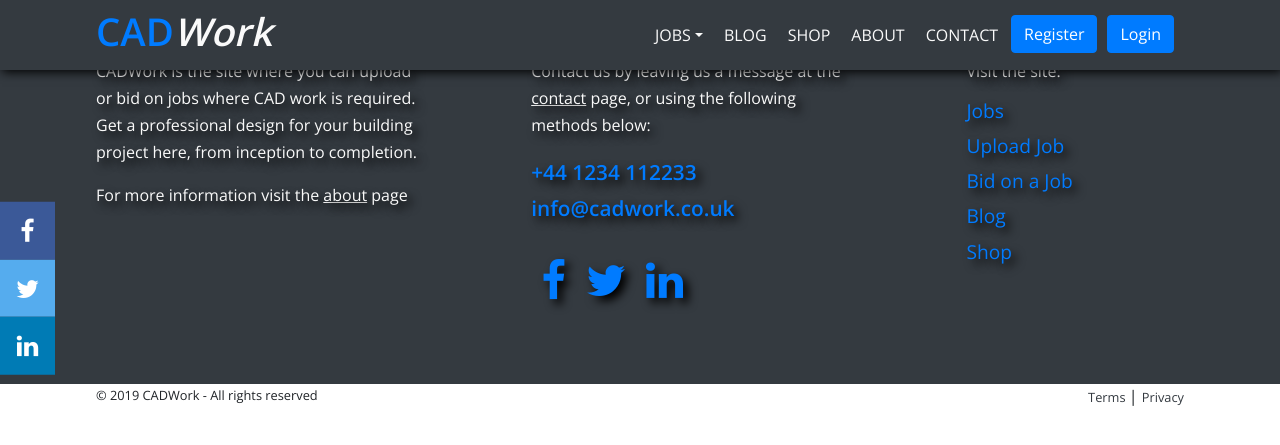
Repository: JShad30/cadwork
Page: templates/base.html
The author's editor kept a record of every edit. The page is drawn from the files as they stood at one moment, then again after the next edit.
The browser window is 1280 px wide. The pictures show the whole page.
The template is drawn by Django 2.2. The application's start-up code is not run. The template is opened directly, without the code that normally fills it, so the values that code supplies are empty.

Above is the page before.

After the next edit:
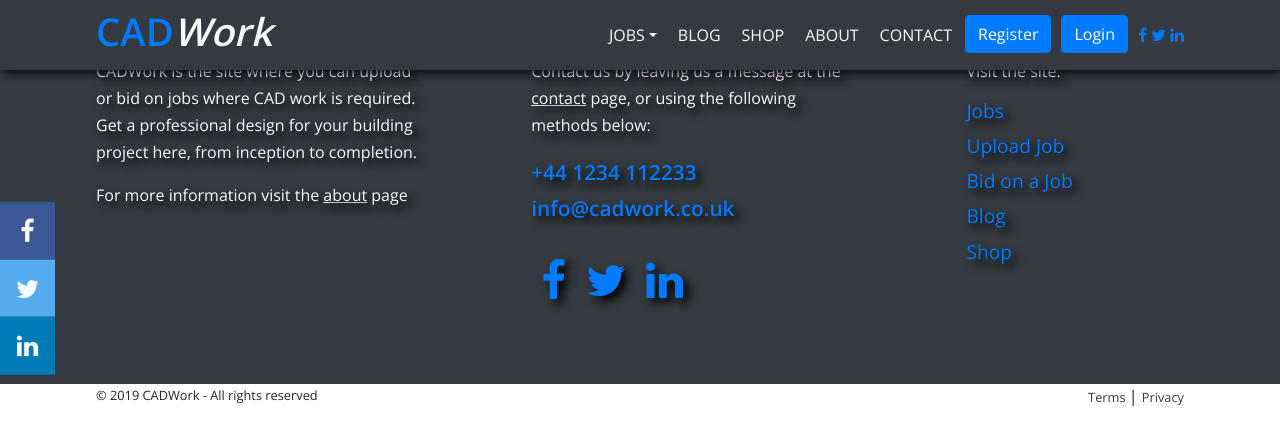
The edit:
--- a/templates/base.html
+++ b/templates/base.html
@@ -68,6 +68,14 @@
 	                </div>
 		            {% endif %}
 		    	</ul>
+		    	<!--Social links in destop views wil be attached to the side of the page-->
+	            <div class="navbar-link">
+	                <div id="social" class="dropdown-content">
+	                	<a class="social-link" href="https://www.facebook.com/" target="_blank"><i class="fa fa-facebook"></i></a>
+	                	<a class="social-link" href="https://twitter.com/" target="_blank"><i class="fa fa-twitter"></i></a>
+	                	<a class="social-link" href="https://www.linkedin.com/?hl=en" target="_blank"><i class="fa fa-linkedin"></i></a>
+	                </div>
+	            </div>
 		    	<!--Contact and about page only appears in mobile views-->
 		        <div class="terms-privacy-navbar">
 		          	<div class="terms-privacy-navbar-links">

After the edit that followed:
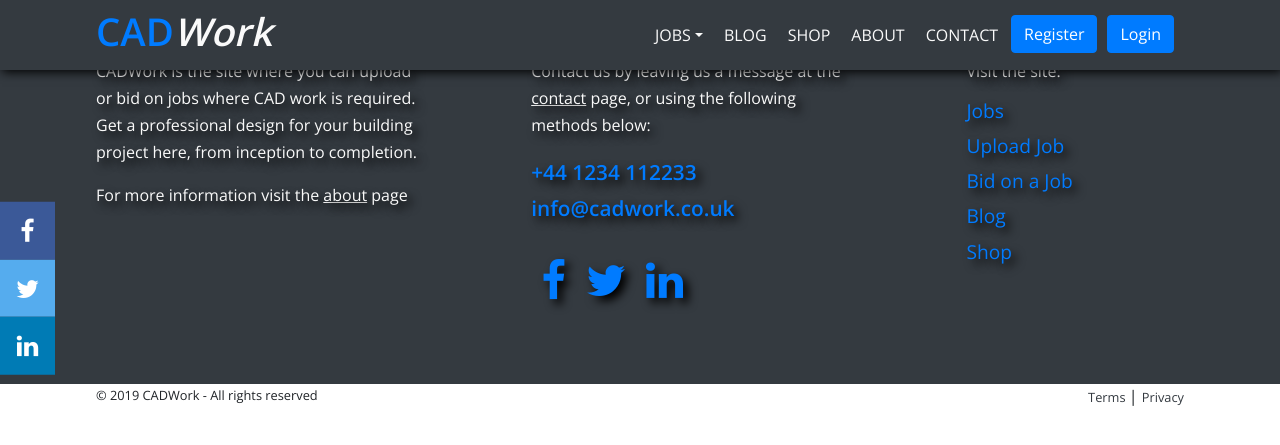
The edit:
--- a/templates/base.html
+++ b/templates/base.html
@@ -69,12 +69,10 @@
 		            {% endif %}
 		    	</ul>
 		    	<!--Social links in destop views wil be attached to the side of the page-->
-	            <div class="navbar-link">
-	                <div id="social" class="dropdown-content">
-	                	<a class="social-link" href="https://www.facebook.com/" target="_blank"><i class="fa fa-facebook"></i></a>
-	                	<a class="social-link" href="https://twitter.com/" target="_blank"><i class="fa fa-twitter"></i></a>
-	                	<a class="social-link" href="https://www.linkedin.com/?hl=en" target="_blank"><i class="fa fa-linkedin"></i></a>
-	                </div>
+	            <div class="navbar-social-link">
+	                <a class="social-link" href="https://www.facebook.com/" target="_blank"><i class="fa fa-facebook"></i></a>
+	                <a class="social-link" href="https://twitter.com/" target="_blank"><i class="fa fa-twitter"></i></a>
+	                <a class="social-link" href="https://www.linkedin.com/?hl=en" target="_blank"><i class="fa fa-linkedin"></i></a>
 	            </div>
 		    	<!--Contact and about page only appears in mobile views-->
 		        <div class="terms-privacy-navbar">
